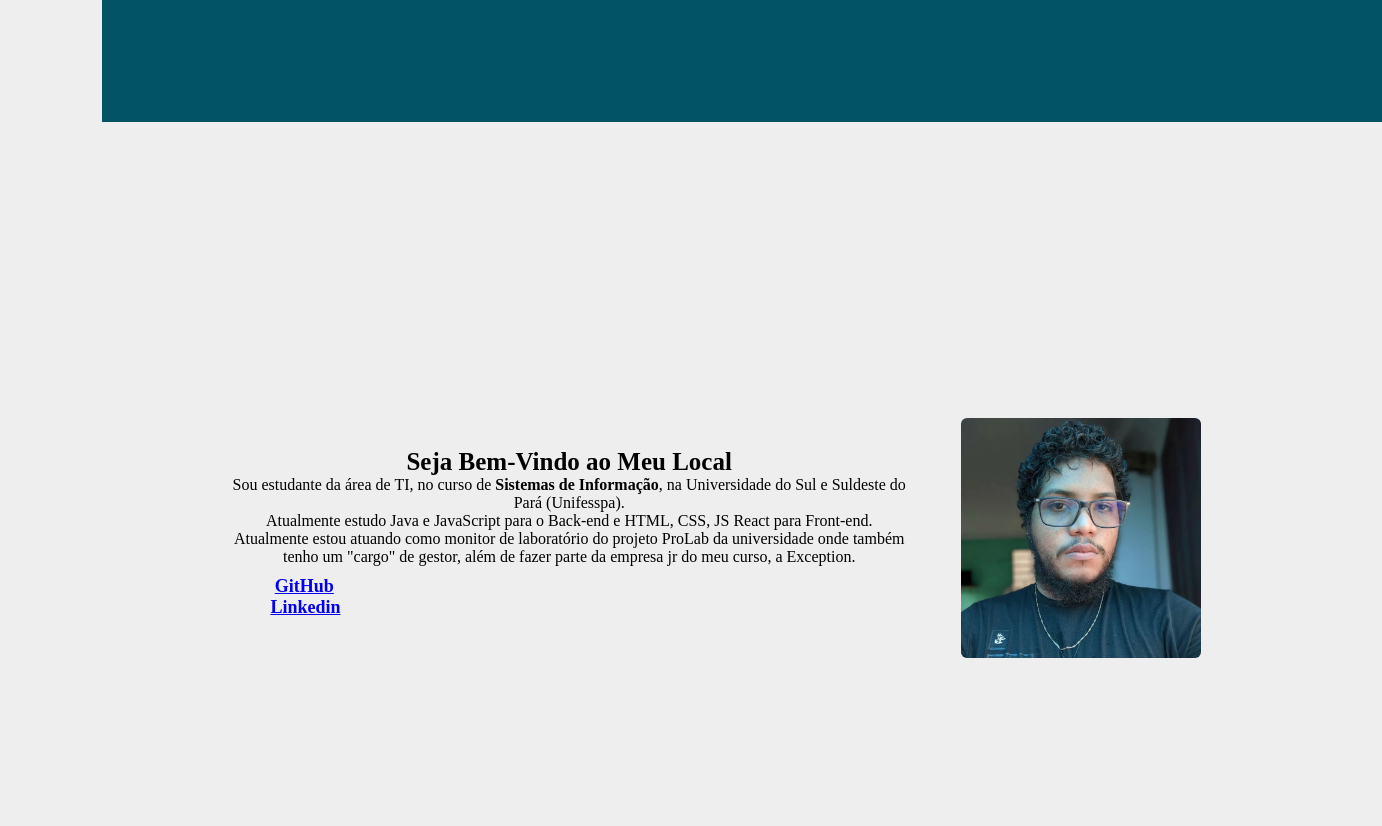
Repository: ramoncbarbosa/Web1_Atividade2
Page: index.html
These files come from the project's save history. The page is drawn as it stood at one moment and after a run of saves; the edit follows.
The browser window is 1280 px wide. The page is 1382 px wide, then 1280 px, so the pictures cover 1382 px, including what lies to the right of the window. The pictures show the whole page.

Above is the page before, as saved 2023-06-09 14:10:58.

### index.html
<!DOCTYPE html>
<html lang="pt-br">
<head>
    <meta charset="UTF-8">
    <meta http-equiv="X-UA-Compatible" content="IE=edge">
    <meta name="viewport" content="width=device-width, initial-scale=1.0">
    <link rel="stylesheet" href="./styles/styles.css">
    <title>Meu Portfolio</title>
</head>
<body>
    <header class="cabecalho">

    </header>
    <main class="conteudo_main">
        <section class="conteudo">
            <h1 class="conteudo_h1">Seja Bem-Vindo ao Meu Local</h1>
            <p class="conteudo_p"> Sou estudante da área de TI, no curso de <strong>Sistemas de Informação</strong>, na Universidade do Sul e Suldeste do Pará (Unifesspa).<br>Atualmente estudo Java e JavaScript para o Back-end e HTML, CSS, JS React para Front-end.
                Atualmente estou atuando como monitor de laboratório do projeto ProLab da universidade onde também tenho um "cargo" de gestor, além de fazer parte da empresa jr do meu curso, a Exception.</p>
                <div class="redes">
                <a id="redes_github" href="https://github.com/    ramoncbarbosa" target="_blank">GitHub</a>
                <a id="redes_linkedin" href="https://www.linkedin.com/in/ramon-barbosa-712273237/" target="bl
                        ">Linkedin</a>
                </div>
        </section>
        <img class="perfil" src="./img/perfil.jpg">
    </main>
</body>
</html>

### styles/styles.css
*{
    padding: 0;
    margin: 0;
}

:root{
    --cor-um: #025464;
    --cor-dois: #EEEEEE;
    --cor-tres: #000000;
}

body {
    width: 100%;
    height: 100vh;
    box-sizing: border-box;
    background-color: var(--cor-dois);
    color: var(--cor-dois);
    margin-left: 8%;
}

.cabecalho{
    width: 100%;
    height: 17%;
    background-color: var(--cor-um);
    text-align: center;
}

.conteudo_main{
    margin: 10%;
    height: 80%;
    display: flex;
    align-items: center;
    justify-content: flex-start;
    /*
    justify-content: space-between;
    background-color: var(--cor-tres);
    border-radius: 15px;
    */
}


.conteudo{
    width: 100%;
    justify-content: flex-start;
    align-items: center;
    text-align: center;
    color: var(--cor-tres);

}

.conteudo_h1{
    font-size: 25px;
    color: var(--cor-tres);

}

.conteudo_p{
    font-size: 16px;
    align-items: center;

}

.redes{
    width: 10%;

    font-size: 18px;
    font-weight: 600;

    text-align: center;
    text-decoration: none;

    padding-bottom: 10px;
    padding-left: 40px;
    padding-top: 10px;
}


.redes_github{
    border: 2px solid var(--cor-um);
    border-radius: 8px;
    padding: 12px;
    display: inline;
    margin-bottom: 30px;
    padding: 15px;
}

.redes_linkedin {
    border: 2px solid var(--cor-dois);
    border-radius: 8px;
    padding: 12px;
    display: inline;
    margin-bottom: 30px;
    margin: 30px;
}


.perfil{
    width: 15rem;
    height: 15rem;
    border: 2px solid var(--cor-dois);
    border-radius: 8px;
    margin: 5%;
}

After the next 2 saves:
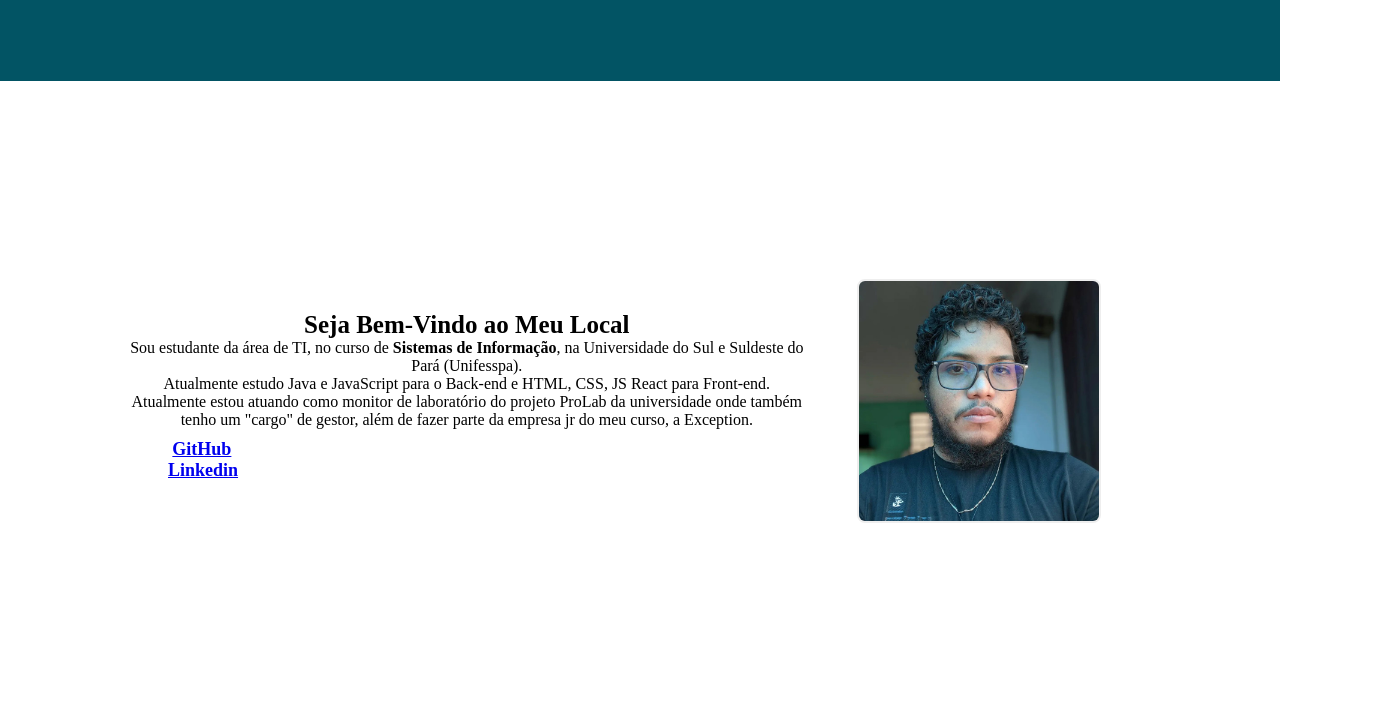
The 2 saves are shown as one change because they came seconds apart.
The last was saved 68 s later.
--- a/styles/styles.css
+++ b/styles/styles.css
@@ -13,9 +13,11 @@ body {
     width: 100%;
     height: 100vh;
     box-sizing: border-box;
-    background-color: var(--cor-dois);
-    color: var(--cor-dois);
-    margin-left: 8%;
+    margin: 0;
+    padding: 0;
+    display: flex;
+    flex-direction: column;
+    c
 }
 
 .cabecalho{
